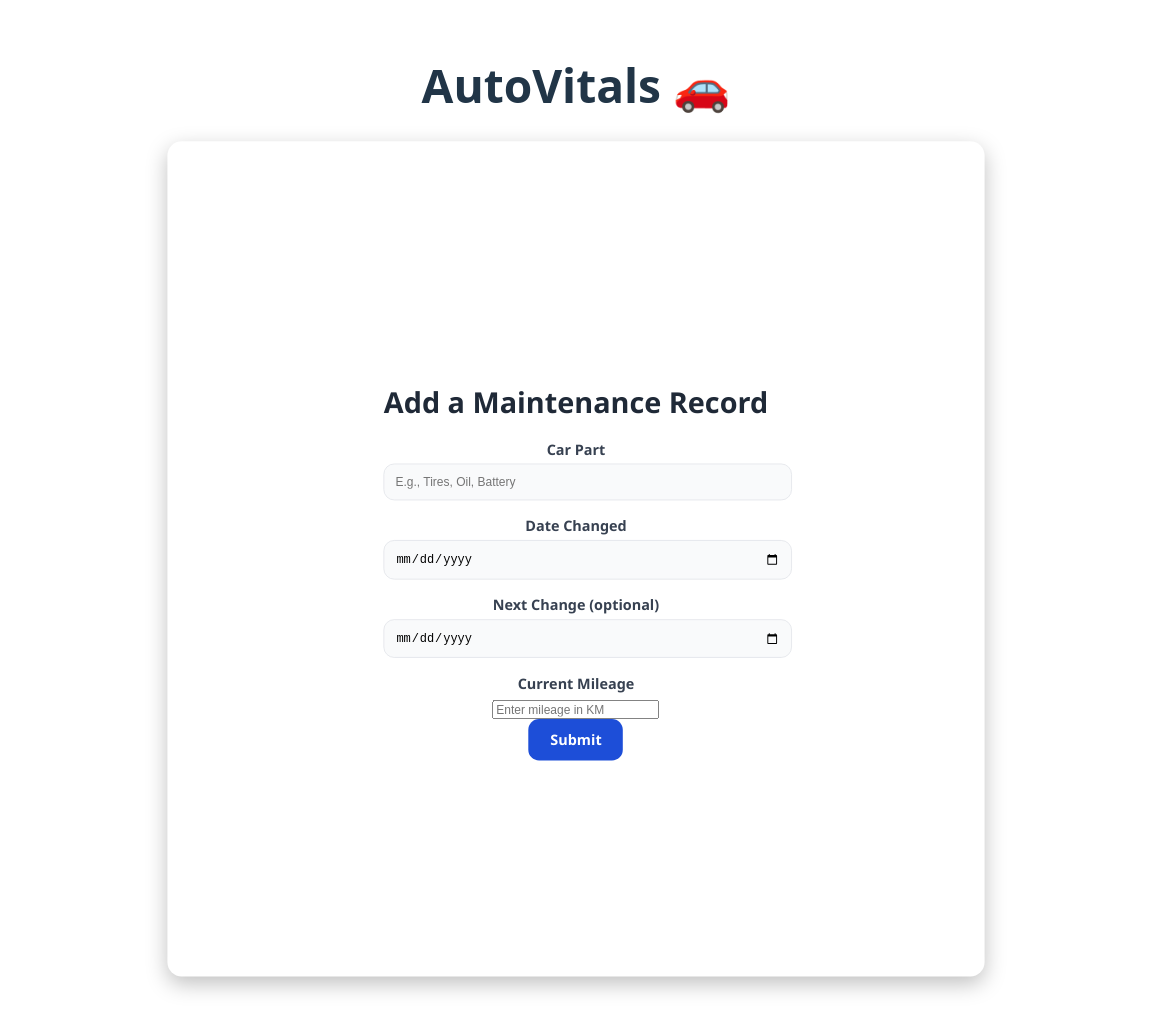
Repository: YoussefAzmires/wevdebautovitals
Page: /add (app in frontend/)
These files come from the project's save history. The page is drawn as it stood at one moment and after the next save; the edit follows.
The browser window is 1280 px wide. The pictures show the whole page, at 90% of full size.
The project was rebuilt for these pictures with package versions that can differ from the ones it lists, and the page was loaded fresh each time. Also part of the build but not shown: frontend/vite.config.ts.

Above is the page before, as saved 2025-04-13 16:01:46.

### frontend/src/App.tsx
import './App.css'
import AddMaintenanceRecordsForm from "./components/AddMaintenanceRecordsForm/AddMaintenanceRecordsForm";
function App() {
  return (
    <div>
      <h1>AutoVitals 🚗</h1>
      <AddMaintenanceRecordsForm />
    </div>
  );
}


export default App

### frontend/src/components/AddMaintenanceRecordsForm/AddMaintenanceRecordsForm.tsx
import { JSX } from 'react';
import './AddMaintenanceRecordsForm.css'



export default function AddMaintenanceRecordsForm(): JSX.Element {
  return (
    <form>
      <h2>Add a Maintenance Record</h2>

      <div className="form-row">
        <label htmlFor="carPart">Car Part</label>
        <input id="carPart" type="text" placeholder="E.g., Tires, Oil, Battery" />
      </div>

      <div className="form-row">
        <label htmlFor="lastChanged">Date Changed</label>
        <input id="lastChanged" type="date" />
      </div>

      <div className="form-row">
        <label htmlFor="nextChange">Next Change (optional)</label>
        <input id="nextChange" type="date" />
      </div>

      <div className="form-row">
        <label htmlFor="mileage">Current Mileage</label>
        <input id="mileage" type="number" placeholder="Enter mileage in KM" />
      </div>

      <button type="submit">Submit</button>
    </form>
  );
}

### frontend/src/components/AddMaintenanceRecordsForm/AddMaintenanceRecordsForm.css
form{
  background-color: white;
  padding: 15em;
  border-radius: 16px;
  box-shadow: 0 8px 24px rgba(0, 0, 0, 0.25);
  max-width: 500px;
  margin: 2rem auto;
  font-family: 'Segoe UI',sans-serif;
}
form h2{
  font-size: 2em;
  color: #1f2937;
  margin-bottom: 1rem;

}
input[type="text"],

input[type="date"] {
  width: 100%;
  padding: 0.75rem;
  margin-bottom: 1rem;
  border: 1px solid #e5e7eb;
  border-radius: 12px;
  background-color: #f9fafb;
  transition: border 0.2s ease-in-out;
}
form button{
  background-color: #1d4ed8;
  color: white;
  padding: 0.75rem 1.5rem;
  border: none;
  border-radius: 12px;
  cursor: pointer;
  font-weight: 600;
  transition: background-color 0.2s ease-in-out;
}

form button:hover{
  background-color: #3b82f6;
}

label {
  display: block;
  margin-bottom: 0.25rem;
  color: #374151;
  font-weight: 600;
}

input:focus {
  border-color: #3b82f6;
  outline: none;
  background-color: #fff;
}

Loaded but not shown: frontend/index.html (common file); frontend/src/main.tsx (common file); frontend/src/index.css (common file); frontend/src/App.css (common file)

After the next save:
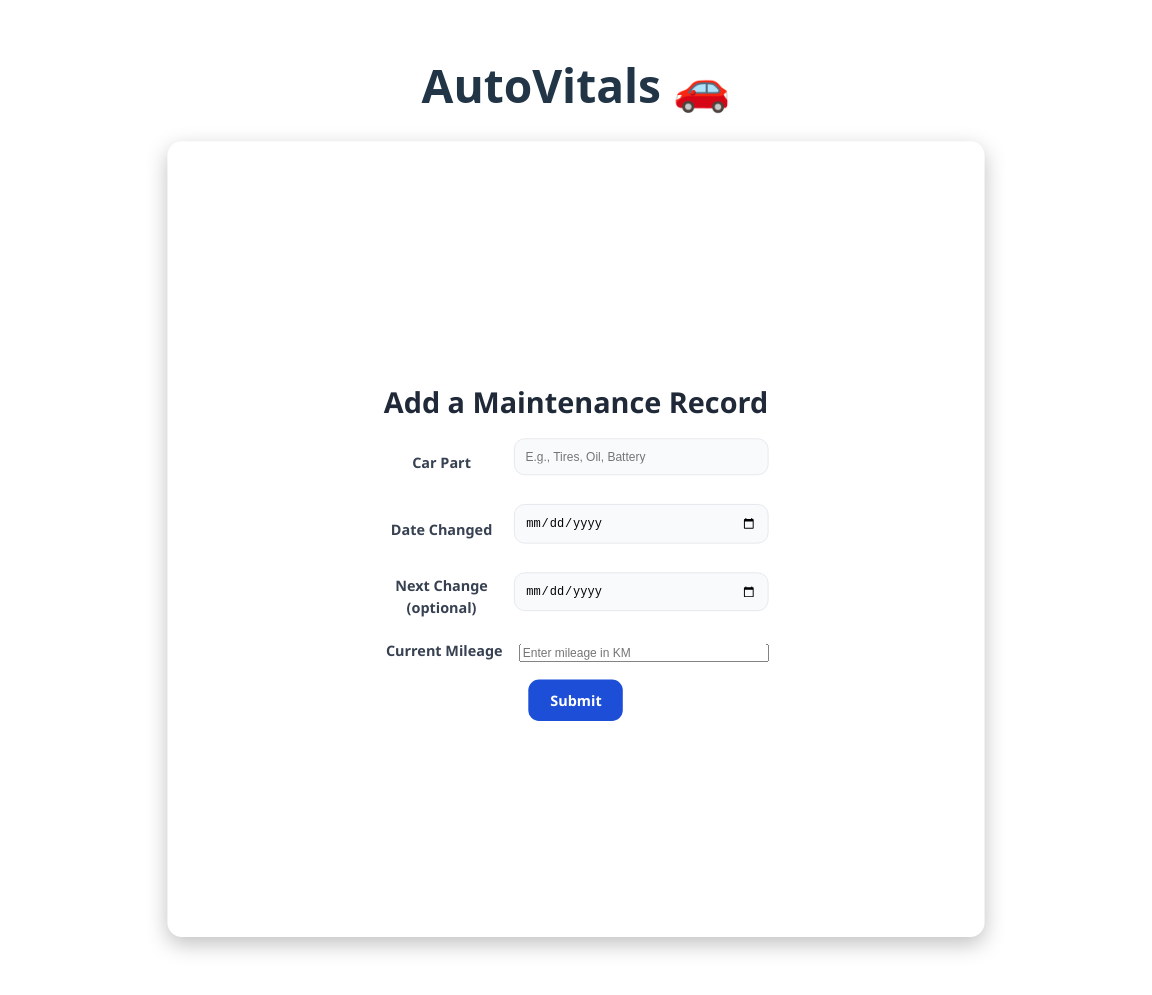
Saved 4 s later.
--- a/frontend/src/components/AddMaintenanceRecordsForm/AddMaintenanceRecordsForm.css
+++ b/frontend/src/components/AddMaintenanceRecordsForm/AddMaintenanceRecordsForm.css
@@ -51,3 +51,19 @@ input:focus {
   outline: none;
   background-color: #fff;
 }
+.form-row {
+  display: flex;
+  align-items: center;
+  justify-content: space-between;
+  margin-bottom: 1rem;
+}
+
+.form-row label {
+  flex: 1;
+  margin-right: 1rem;
+  font-weight: 600;
+}
+
+.form-row input {
+  flex: 2;
+}
